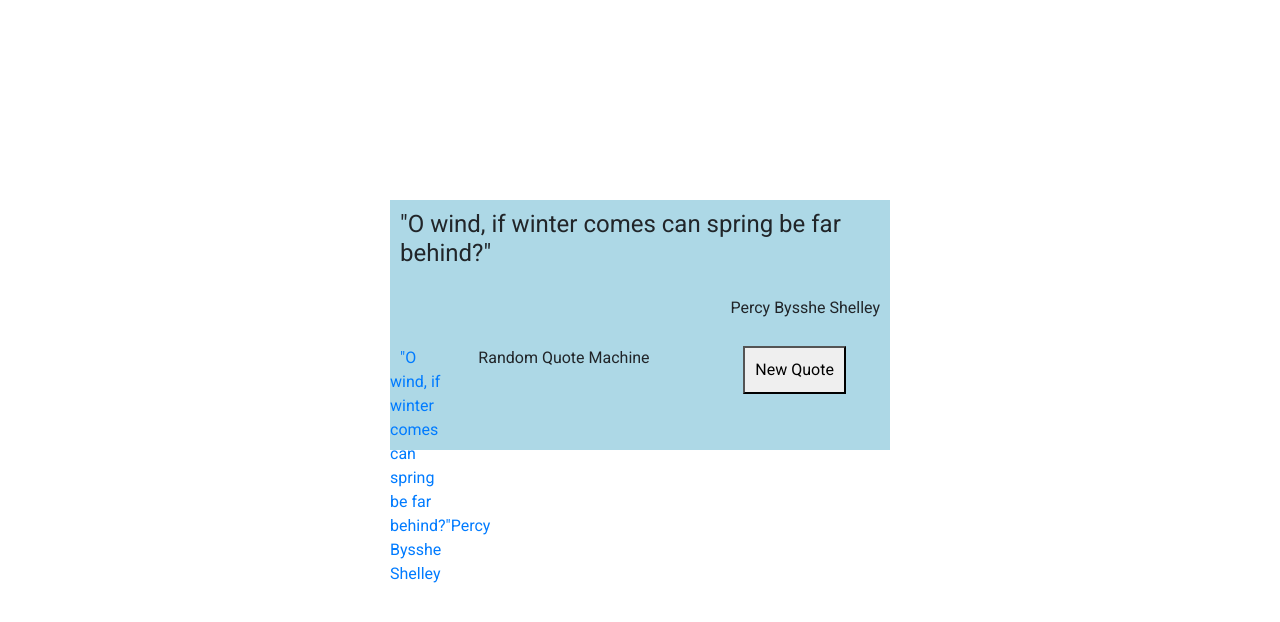
Repository: derektypist/random-quote-machine
Page: index.html
The author's editor kept a record of every edit. The page is drawn from the files as they stood at one moment, then again after the next edit.
The browser window is 1280 px wide. The pictures show the whole page.
Some web libraries are served in a nearby version.

Above is the page before.

### index.html
<!DOCTYPE html>
<html lang="en">

<head>
    <meta charset="UTF-8">
    <meta name="viewport" content="width=device-width, initial-scale=1.0">
    <meta http-equiv="X-UA-Compatible" content="ie=edge">
    <title>Random Quote Machine</title>
    <!-- Load Style Sheets -->
    <link rel="stylesheet" href="https://maxcdn.bootstrapcdn.com/bootstrap/4.4.1/css/bootstrap.min.css" integrity="sha384-Vkoo8x4CGsO3+Hhxv8T/Q5PaXtkKtu6ug5TOeNV6gBiFeWPGFN9MuhOf23Q9Ifjh" crossorigin="anonymous">
    <link rel="stylesheet" href="https://use.fontawesome.com/releases/v5.8.1/css/all.css" integrity="sha384-50oBUHEmvpQ+1lW4y57PTFmhCaXp0ML5d60M1M7uH2+nqUivzIebhndOJK28anvf" crossorigin="anonymous">
    <link href="https://fonts.googleapis.com/css?family=Roboto&display=swap" rel="stylesheet">
    <style>
        /* Quote Box */

        #quote-box {
            font-family: "Roboto", Arial, Verdana, sans-serif;
            background-color: lightblue;
            display: block;
            position: relative;
            top: 200px;
            height: 250px;
            width: 500px;
            margin: auto;

        }

        #text {
            padding: 10px;
        }

        #author {
            text-align: right;
            padding: 10px;
        }

        #tweet-quote {
            padding: 10px;
        }

        #tweet-quote button {
            text-align: center;
            padding: 10px;

        }

        #tweet-quote:hover button {
            background-color: orange;
        }

        #new-quote {
            padding: 10px;
        }
    </style>

    <!-- Load Scripts -->
    <script src="https://ajax.googleapis.com/ajax/libs/jquery/3.4.1/jquery.min.js"></script>
    <script>
        function displayNewQuote() {
            // Set Up Random Index

            let randomIndex = Math.floor(Math.random() * 13);

            // Set Up Constants noting use of Literals

            const possibleText = ["\"Hope smiles from the threshold of the year to come whispering.  It will be happier.\"",
                "\"O wind, if winter comes can spring be far behind?\"",
                "\"Spring is nature's way of saying 'Let's Party'.\"",
                "\"Sweet April showers do spring May Flowers.\"",
                "\"As full of spirit as the month of May, and as gorgeous as the sun in Midsummer.\"",
                "\"There are two seasons in Scotland: June and Winter.\"",
                "\"People don't notice whether it's winter or summer when they're happy.\"",
                "\"Summer Afternoon---summer afternoon; to me those have always been the first two beautiful words in the English Language.\"",
                "\"Autumn is a second spring when every leaf is a flower.\"",
                "\"In seed time learn, in harvest teach, in winter enjoy.\"",
                "\"Winter is the time for comfort, for good food and warmth, for the touch of a friendly hand and a talk beside the fire: it is time for home.\"",
                "\"Thank you for your kind words.\"",
                "\"It looks as though you had a great time Derek.\""
            ];
            const text = possibleText[randomIndex];
            const possibleAuthors = ["Alfred Lord Tennyson",
                "Percy Bysshe Shelley",
                "Robin Williams",
                "Thomas Tusser",
                "William Shakespeare",
                "Billy Connolly",
                "Anton Chekhov",
                "Henry James",
                "Albert Camus",
                "William Blake",
                "Edith Sitwell",
                "Daphne Pink",
                "Andrea Harrison"
            ];
            const author = possibleAuthors[randomIndex];

            const tweetquote = text + author;

            // Display text and author in the Browser Window
            document.getElementById("text").innerHTML = text;
            document.getElementById("author").innerHTML = author;
            document.getElementById("tweet-quote").innerHTML = text + author;
        }

        $(document).ready(displayNewQuote);
    </script>

</head>

<body>
    <!-- Set Up Quote Box -->
    <article id="quote-box">
        <h4 id="text"></h4>
        <p id="author"></p>

        <!-- Set Up Row -->
        <article class="row">
            <!-- Set Up Article for Tweet Quote Button -->
            <article class="col-sm-2">
                <a href="https://www.twitter.com/intent/tweet/#text" target="_blank" title="Tweet" id="tweet-quote"><button type="button"><i class="fab fa-twitter"></i></button></a>
            </article>

            <!-- Display Title (Random Quote Machine) -->
            <article class="col-sm-6">
                <p>Random Quote Machine</p>
            </article>

            <!-- Set Up Article for New Quote Button -->
            <article class="col-sm-4">
                <button onclick="displayNewQuote()" title="New Quote" id="new-quote">New Quote</button>
            </article>

        </article>



    </article>


    <!-- Set Up Script -->
    <script>
        // Define Function to Display New Quote

        function displayNewQuote() {
            // Set Up Random Index

            let randomIndex = Math.floor(Math.random() * 13);

            // Set Up Constants noting use of Literals

            const possibleText = ["\"Hope smiles from the threshold of the year to come whispering.  It will be happier.\"",
                "\"O wind, if winter comes can spring be far behind?\"",
                "\"Spring is nature's way of saying 'Let's Party'.\"",
                "\"Sweet April showers do spring May Flowers.\"",
                "\"As full of spirit as the month of May, and as gorgeous as the sun in Midsummer.\"",
                "\"There are two seasons in Scotland: June and Winter.\"",
                "\"People don't notice whether it's winter or summer when they're happy.\"",
                "\"Summer Afternoon---summer afternoon; to me those have always been the first two beautiful words in the English Language.\"",
                "\"Autumn is a second spring when every leaf is a flower.\"",
                "\"In seed time learn, in harvest teach, in winter enjoy.\"",
                "\"Winter is the time for comfort, for good food and warmth, for the touch of a friendly hand and a talk beside the fire: it is time for home.\"",
                "\"Thank you for your kind words.\"",
                "\"It looks as though you had a great time Derek.\""
            ];
            const text = possibleText[randomIndex];
            const possibleAuthors = ["Alfred Lord Tennyson",
                "Percy Bysshe Shelley",
                "Robin Williams",
                "Thomas Tusser",
                "William Shakespeare",
                "Billy Connolly",
                "Anton Chekhov",
                "Henry James",
                "Albert Camus",
                "William Blake",
                "Edith Sitwell",
                "Daphne Pink",
                "Andrea Harrison"
            ];
            const author = possibleAuthors[randomIndex];

            // Display text and author in the Browser Window
            document.getElementById("text").innerHTML = text;
            document.getElementById("author").innerHTML = author;
        }
    </script>
</body>

</html>

After the next edit:
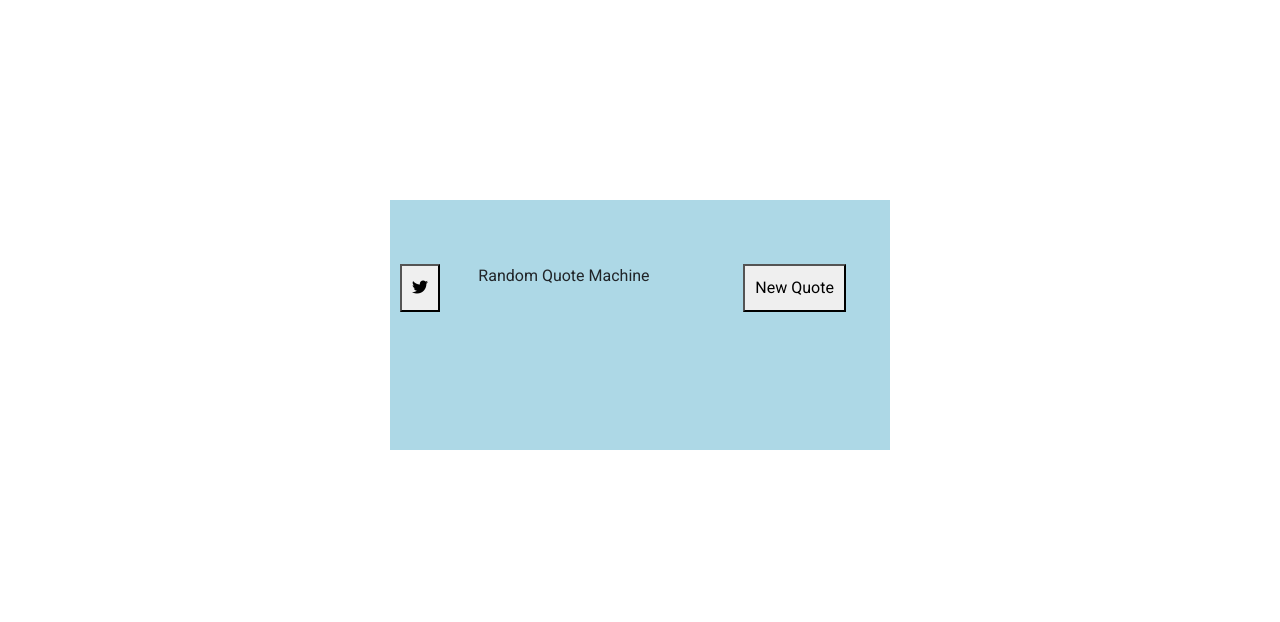
Console error: SyntaxError: Unexpected token '='
The edit:
--- a/index.html
+++ b/index.html
@@ -99,7 +99,7 @@
             // Display text and author in the Browser Window
             document.getElementById("text").innerHTML = text;
             document.getElementById("author").innerHTML = author;
-            document.getElementById("tweet-quote").innerHTML = text + author;
+            document.getElementById("tweet-quote"). = tweet-quote;
         }
 
         $(document).ready(displayNewQuote);

After the 2 edits that followed:
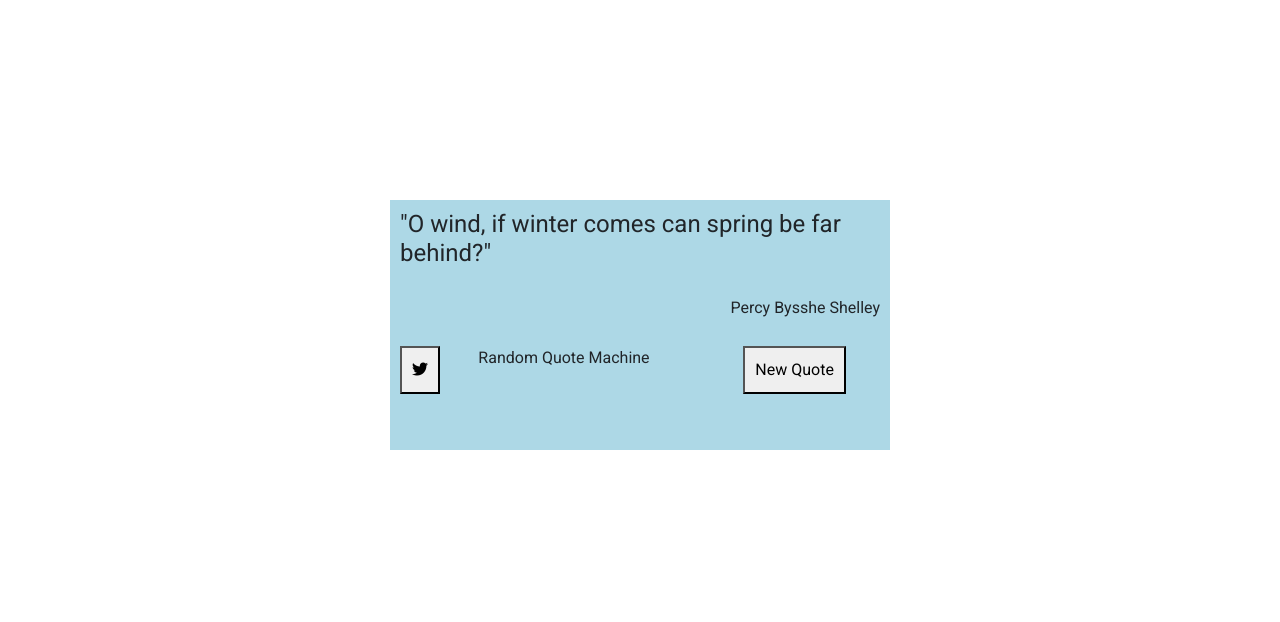
The error is gone.
The 2 edits are shown as one change because 1 left the picture as it was.
The edit:
--- a/index.html
+++ b/index.html
@@ -94,12 +94,11 @@
             ];
             const author = possibleAuthors[randomIndex];
 
-            const tweetquote = text + author;
 
             // Display text and author in the Browser Window
             document.getElementById("text").innerHTML = text;
             document.getElementById("author").innerHTML = author;
-            document.getElementById("tweet-quote"). = tweet-quote;
+
         }
 
         $(document).ready(displayNewQuote);
